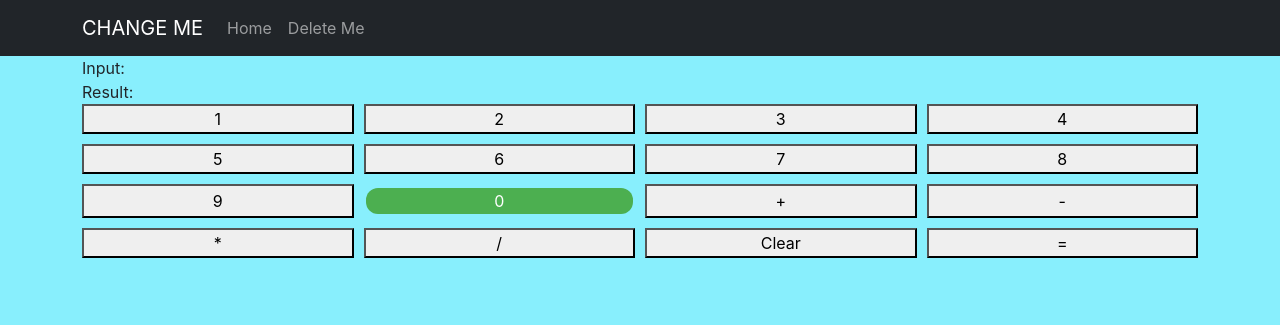
Repository: jgramirez0210/calculator-react
Page: /
These files come from the project's save history. The page is drawn as it stood at one moment and after the next save; the edit follows.
The browser window is 1280 px wide. The pictures show the whole page.
The project was rebuilt for these pictures with package versions that can differ from the ones it lists, and the page was loaded fresh each time. The framework's server and built-in components were replaced by stand-ins that run in the browser. Also part of the build but not shown: next.config.js.

Above is the page before, as saved 2024-01-09 20:02:53.

### pages/_app.js
/* eslint-disable react/prop-types */
import 'bootstrap/dist/css/bootstrap.min.css';
import NoAuth from '../components/NoAuth'; // TODO: COMMENT OUT FOR AUTH
import '../styles/globals.css';
// import { AuthProvider } from '../utils/context/authContext'; // TODO: COMMENT IN FOR AUTH
// import ViewDirectorBasedOnUserAuthStatus from '../utils/ViewDirector'; // TODO: COMMENT IN FOR AUTH

function MyApp({ Component, pageProps }) {
  return (
    <>
      <NoAuth
        component={Component}
        pageProps={pageProps}
      />

      {/* TODO: Delete NoAuth component above and comment in code below for authentication */}
      {/* <AuthProvider>
        <ViewDirectorBasedOnUserAuthStatus
          // if status is pending === loading
          // if status is logged in === view app
          // if status is logged out === sign in page
          component={Component}
          pageProps={pageProps}
        />
      </AuthProvider> */}
    </>
  );
}

export default MyApp;

### pages/index.js
import React, { useState, evaluate } from 'react';

function Calculator() {
  const [input, setInput] = useState('');
  const [result, setResult] = useState(null);

  const handleDigit = (digit) => {
    setInput((prevInput) => prevInput + digit);
  };
  const handleOperation = (operation) => {
    setInput((prevInput) => prevInput + operation);
  };
  const calculateResult = () => {
    try {
      setResult(evaluate(input));
    } catch (error) {
      setResult('Error');
    }
  };
  const handleClear = () => {
    setInput('');
    setResult(null);
  };
  return (
    <div>
      <div> Input: {input}</div>
      <div> Result: {result}</div>
      <div className="calculator-grid">
        {[1, 2, 3, 4, 5, 6, 7, 8, 9, 0].map((digit) => (
          <button type="button" className={`button-${digit}`} onClick={() => handleDigit(digit)}>{digit}</button>
        ))}
        {['+', '-', '*', '/'].map((operation) => (
          <button type="button" onClick={() => handleOperation(operation)}>{operation}</button>
        ))}
        <button type="button" onClick={handleClear}>Clear</button>
        <button type="button" onClick={calculateResult}>=</button>
      </div>
    </div>
  );
}

export default Calculator;

### components/NoAuth.js
/* eslint-disable react/forbid-prop-types */
import React from 'react';
import PropTypes from 'prop-types';
import NoAuthNavBar from './NoAuthNavBar';

function NoAuth({ component: Component, pageProps }) {
  return (
    <>
      <NoAuthNavBar />
      <div className="container">
        <Component {...pageProps} />
      </div>
    </>
  );
}

NoAuth.propTypes = {
  component: PropTypes.func.isRequired,
  pageProps: PropTypes.oneOfType([PropTypes.object]).isRequired,
};

export default NoAuth;

### styles/globals.css
@import 'bootstrap/dist/css/bootstrap.css';

html,
body {
  padding: 0;
  margin: 0;
  font-family: -apple-system, BlinkMacSystemFont, Segoe UI, Roboto, Oxygen,
    Ubuntu, Cantarell, Fira Sans, Droid Sans, Helvetica Neue, sans-serif;
}

a {
  color: inherit;
  text-decoration: none;
}

* {
  box-sizing: border-box;
}

body {
  background-color: #88effd;
}

.calculator-grid {
  display: grid;
  grid-template-columns: repeat(4, 1fr);
  gap: 10px;
}

.button-0 {
  background-color: #4caf50;
  border: none;
  color: white;
  text-align: center;
  display: inline-block;
  font-size: 16px;
  margin: 4px 2px;
  cursor: pointer;
  border-radius: 12px;
}

### components/NoAuthNavBar.js
/* eslint-disable jsx-a11y/anchor-is-valid */
import React from 'react';
import Link from 'next/link';
import {
  Navbar, Container, Nav,
} from 'react-bootstrap';

export default function NoAuthNavBar() {
  return (
    <Navbar collapseOnSelect expand="lg" bg="dark" variant="dark">
      <Container>
        <Link passHref href="/">
          <Navbar.Brand>CHANGE ME</Navbar.Brand>
        </Link>
        <Navbar.Toggle aria-controls="responsive-navbar-nav" />
        <Navbar.Collapse id="responsive-navbar-nav">
          <Nav className="me-auto">
            {/* CLOSE NAVBAR ON LINK SELECTION: https://stackoverflow.com/questions/72813635/collapse-on-select-react-bootstrap-navbar-with-nextjs-not-working */}
            <Link passHref href="/">
              <Nav.Link>Home</Nav.Link>
            </Link>
            <Link passHref href="/delete-me">
              <Nav.Link>Delete Me</Nav.Link>
            </Link>
          </Nav>
        </Navbar.Collapse>
      </Container>
    </Navbar>
  );
}

After the next save:
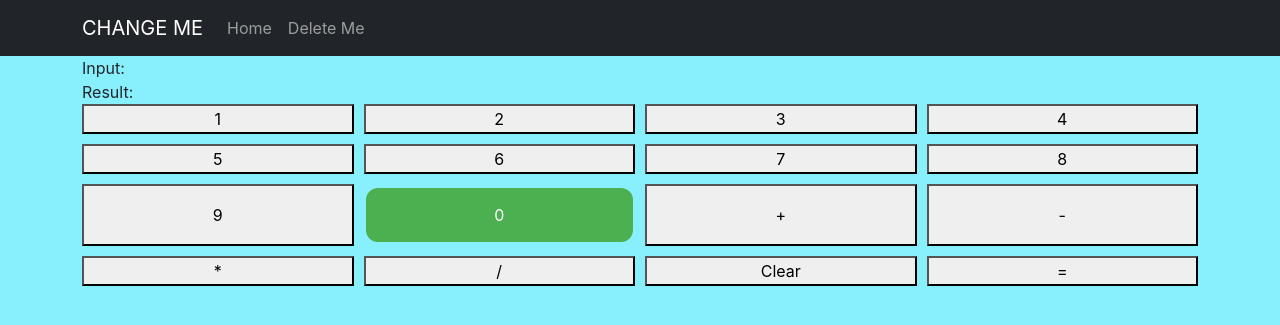
Saved 19 s later.
--- a/styles/globals.css
+++ b/styles/globals.css
@@ -37,4 +37,5 @@ body {
   margin: 4px 2px;
   cursor: pointer;
   border-radius: 12px;
+  padding: 15px 32px;
 }
